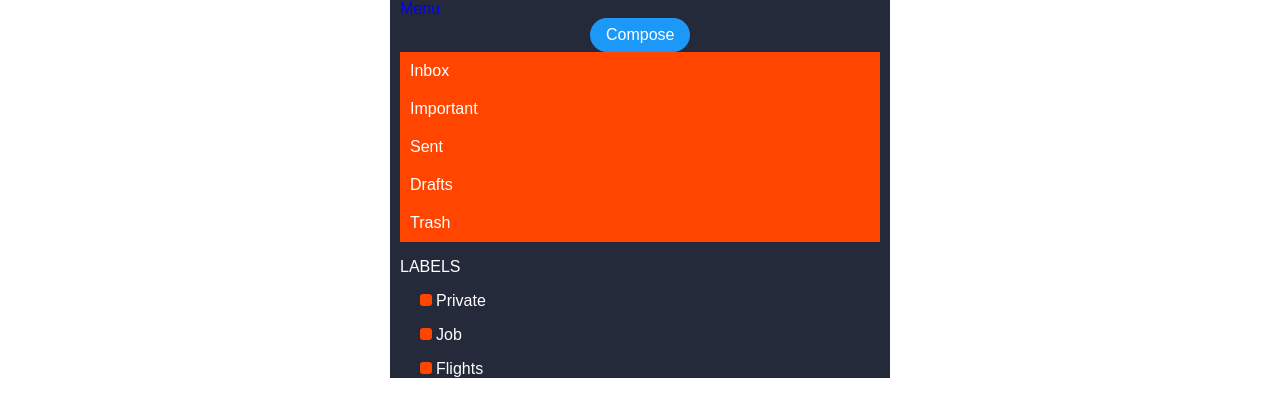
Repository: Gumiin/studia
Page: lesson4/index.html
These files come from the project's save history. The page is drawn as it stood at one moment and after the next save; the edit follows.
The browser window is 1280 px wide. The pictures show the whole page.
The pointer rests on the first visible `.menu`.

Above is the page before, as saved 2021-04-07 18:18:24.

After the next save:
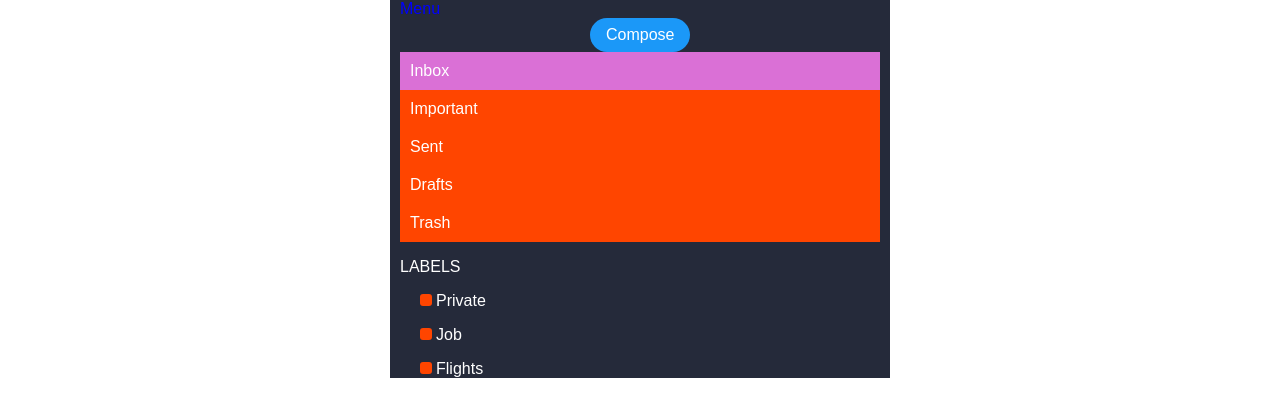
Saved 17 s later.
--- a/lesson4/style.css
+++ b/lesson4/style.css
@@ -35,6 +35,9 @@ body{
     padding: 2%;
     background-color: orangered;
 }
+.menu:hover{
+    background-color: orchid;
+}
 #labels{
     margin-left: 2%;
 }
